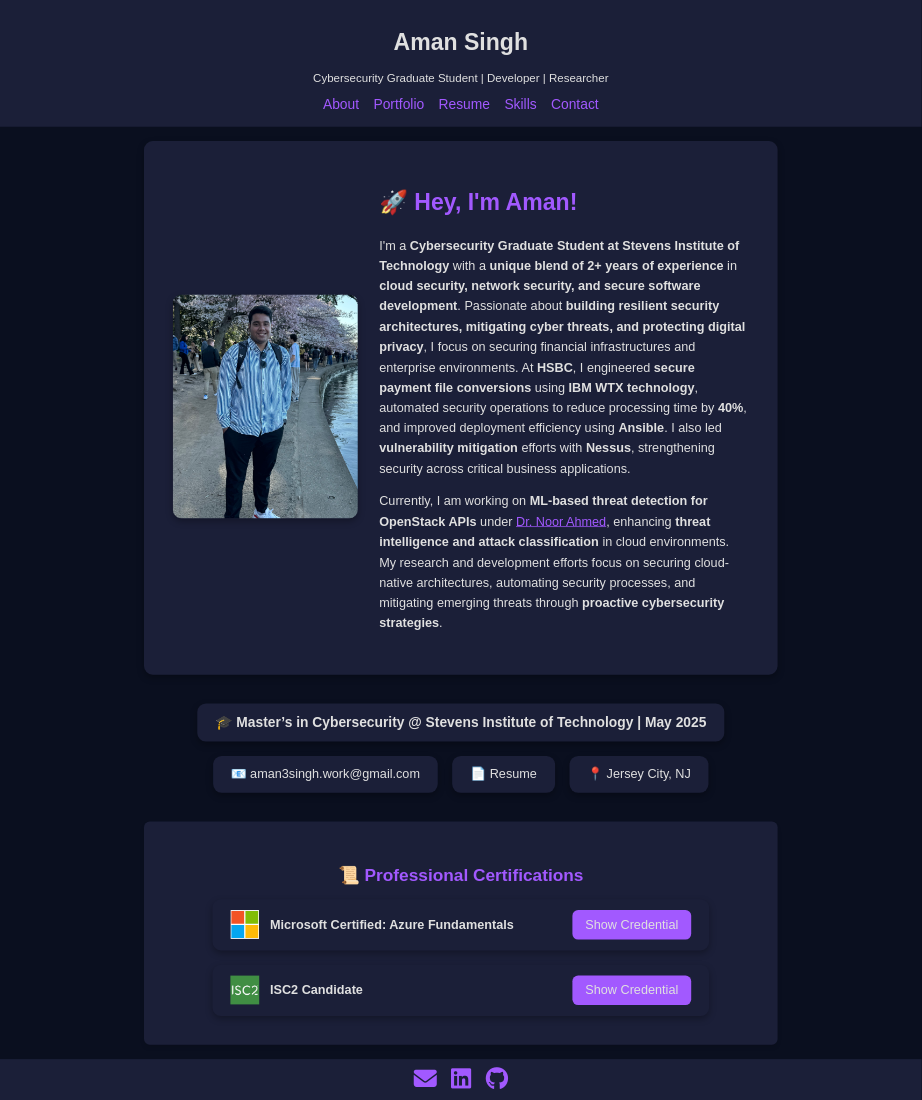
Repository: aman3singh/portfolio
Page: index.html
An editor plug-in stored every save of this project. The page is shown before and after the next save, followed by the edit.
The browser window is 1280 px wide. The pictures show the whole page, at 72% of full size.

Above is the page before, as saved 2025-02-11 23:18:26.

After the next save:
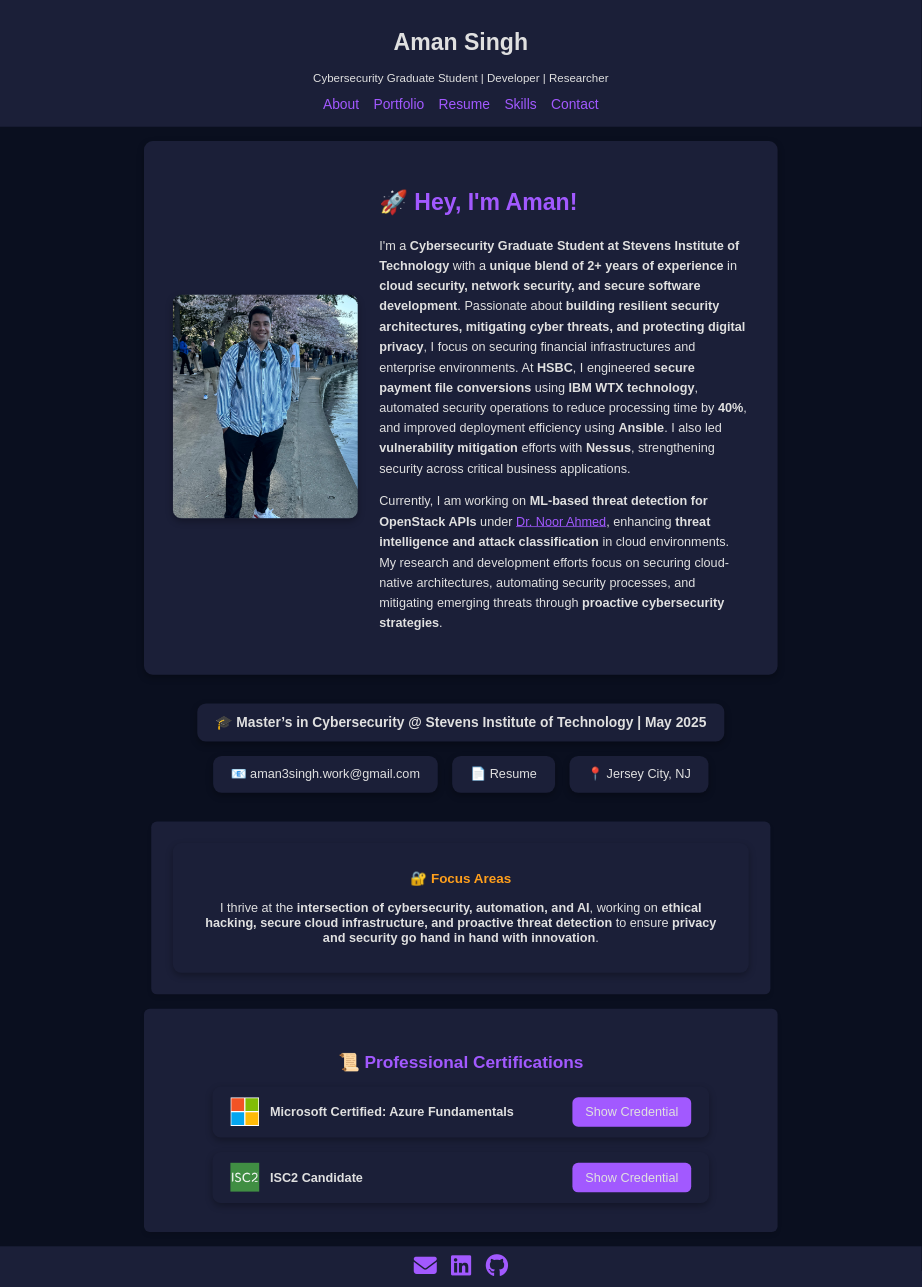
Saved 6 min 13 s later.
--- a/index.html
+++ b/index.html
@@ -52,6 +52,15 @@
         </div>
     </div>
 
+    <section id="focus-areas" style="padding: 30px; display: flex; justify-content: center;">
+        <div style="background-color: #1B1F38; padding: 20px 30px; border-radius: 12px; max-width: 800px; text-align: center; box-shadow: 0px 4px 10px rgba(0, 0, 0, 0.3);">
+            <h3 style="color: #FF9F1C;">🔐 Focus Areas</h3>
+            <p style="color: #E0E0E0; font-size: 1.1em;">
+                I thrive at the <b>intersection of cybersecurity, automation, and AI</b>, working on <b>ethical hacking, secure cloud infrastructure, and proactive threat detection</b> to ensure <b>privacy and security go hand in hand with innovation</b>.
+            </p>
+        </div>
+    </section>
+
     <section id="certifications" style="padding: 40px; text-align: center;">
         <h2 style="color: #A259FF;">📜 Professional Certifications</h2>
         <div style="display: flex; flex-direction: column; align-items: center; gap: 20px;">
